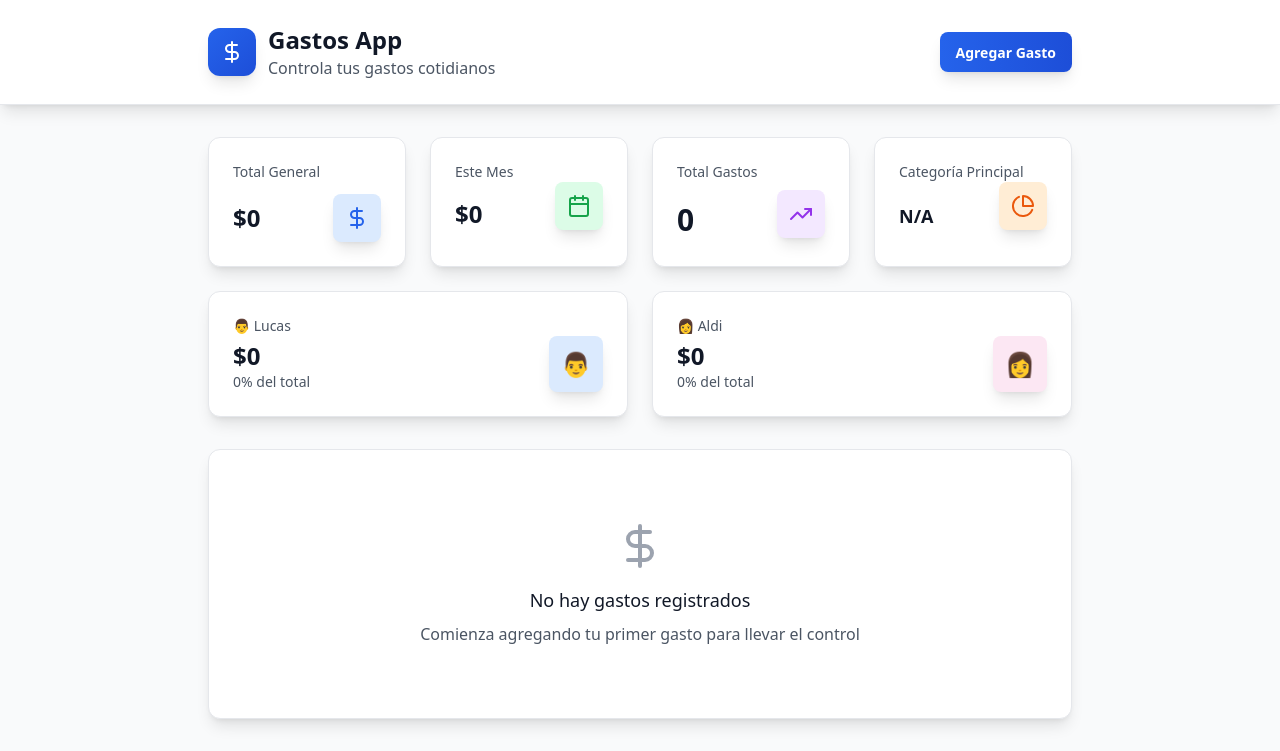
Repository: lucastenaglia/Gastosapp
Page: /
An editor plug-in stored every save of this project. The page is shown before and after a run of saves, followed by the edit.
The browser window is 1280 px wide. The pictures show the whole page.
The page's requests for data from a server got no answer. The project was rebuilt for these pictures with package versions that can differ from the ones it lists, and the page was loaded fresh each time. No one was signed in, and anything a server would have sent is missing. Also part of the build but not shown: vite.config.js, src/components/ExpenseForm.jsx.

Above is the page before, as saved 2025-08-03 21:53:43.

### index.html
<!DOCTYPE html>
<html lang="es">
  <head>
    <meta charset="UTF-8" />
    <link rel="icon" type="image/svg+xml" href="data:[embedded picture, 125 characters]" />
    <meta name="viewport" content="width=device-width, initial-scale=1.0" />
    <title>Gastos App - Control de Gastos Cotidianos</title>
  </head>
  <body>
    <div id="root"></div>
    <script type="module" src="/src/main.jsx"></script>
  </body>
</html>

### src/App.jsx
import { useState, useEffect } from 'react'
import Header from './components/Header'
import ExpenseForm from './components/ExpenseForm'
import ExpenseList from './components/ExpenseList'
import ExpenseSummary from './components/ExpenseSummary'
import { getExpenses, addExpense, updateExpense, deleteExpense } from './services/expenseService'

function App() {
  const [expenses, setExpenses] = useState([])
  const [isFormOpen, setIsFormOpen] = useState(false)
  const [loading, setLoading] = useState(true)
  const [error, setError] = useState(null)

  // Cargar gastos al iniciar la aplicación
  useEffect(() => {
    loadExpenses()
  }, [])

  // Cerrar modal con Escape
  useEffect(() => {
    const handleEscape = (e) => {
      if (e.key === 'Escape' && isFormOpen) {
        setIsFormOpen(false)
      }
    }

    document.addEventListener('keydown', handleEscape)
    return () => document.removeEventListener('keydown', handleEscape)
  }, [isFormOpen])

  const loadExpenses = async () => {
    try {
      setLoading(true)
      const data = await getExpenses()
      setExpenses(data)
      setError(null)
    } catch (err) {
      setError('Error al cargar los gastos')
      console.error(err)
    } finally {
      setLoading(false)
    }
  }

  const handleAddExpense = async (expense) => {
    try {
      const newExpense = await addExpense(expense)
      setExpenses([newExpense, ...expenses])
      setIsFormOpen(false)
    } catch (err) {
      setError('Error al agregar el gasto')
      console.error(err)
    }
  }

  const handleDeleteExpense = async (id) => {
    try {
      await deleteExpense(id)
      setExpenses(expenses.filter(expense => expense.id !== id))
    } catch (err) {
      setError('Error al eliminar el gasto')
      console.error(err)
    }
  }

  const handleEditExpense = async (id, updatedExpense) => {
    try {
      const updated = await updateExpense(id, updatedExpense)
      setExpenses(expenses.map(expense =>
        expense.id === id ? updated : expense
      ))
    } catch (err) {
      setError('Error al actualizar el gasto')
      console.error(err)
    }
  }

  return (
    <div className="min-h-screen bg-gray-50">
      <Header onAddExpense={() => setIsFormOpen(true)} />

      <main className="container mx-auto px-4 py-8 max-w-4xl">
        {error && (
          <div className="bg-red-100 border border-red-400 text-red-700 px-4 py-3 rounded mb-6">
            {error}
          </div>
        )}

        <ExpenseSummary expenses={expenses} />

        <div className="mt-8">
          <ExpenseList
            expenses={expenses}
            onDelete={handleDeleteExpense}
            onEdit={handleEditExpense}
            loading={loading}
          />
        </div>
      </main>

      {/* Modal Overlay */}
      {isFormOpen && (
        <div
          className="fixed inset-0 bg-black bg-opacity-50 flex items-center justify-center z-50 p-4 animate-in fade-in duration-200"
          onClick={() => setIsFormOpen(false)}
        >
          <div
            className="bg-white rounded-xl shadow-2xl max-w-md w-full mx-4 max-h-[90vh] overflow-y-auto animate-in zoom-in-95 duration-200"
            onClick={(e) => e.stopPropagation()}
          >
            <ExpenseForm
              onSubmit={handleAddExpense}
              onCancel={() => setIsFormOpen(false)}
            />
          </div>
        </div>
      )}
    </div>
  )
}

export default App

### src/index.css
@tailwind base;
@tailwind components;
@tailwind utilities;

@layer base {
  body {
    @apply bg-gray-50 text-gray-900;
  }
}

@layer components {
                .btn-primary {
                @apply bg-primary-600 hover:bg-primary-700 text-white font-medium py-2 px-4 rounded-lg transition-all duration-300 shadow-md hover:shadow-lg hover:-translate-y-0.5 transform;
              }

              .btn-secondary {
                @apply bg-gray-200 hover:bg-gray-300 text-gray-800 font-medium py-2 px-4 rounded-lg transition-all duration-300 shadow-md hover:shadow-lg hover:-translate-y-0.5 transform;
              }

                .input-field {
                @apply w-full px-3 py-2 border border-gray-300 rounded-lg focus:outline-none focus:ring-2 focus:ring-primary-500 focus:border-transparent shadow-sm focus:shadow-md transition-all duration-300;
              }

                            .card {
                @apply bg-white rounded-xl shadow-lg border border-gray-200 p-6 transform transition-all duration-300 hover:shadow-2xl hover:-translate-y-1;
              }

              .modal-enter {
                @apply opacity-0 scale-95;
              }

              .modal-enter-active {
                @apply opacity-100 scale-100 transition-all duration-200 ease-out;
              }

              .modal-exit {
                @apply opacity-100 scale-100;
              }

              .modal-exit-active {
                @apply opacity-0 scale-95 transition-all duration-200 ease-in;
              }
}

### src/components/Header.jsx
import { Plus, DollarSign } from 'lucide-react'

const Header = ({ onAddExpense }) => {
  return (
    <header className="bg-white shadow-lg border-b border-gray-200">
      <div className="container mx-auto px-4 py-6 max-w-4xl">
        <div className="flex items-center justify-between">
          <div className="flex items-center space-x-3">
            <div className="bg-gradient-to-br from-primary-600 to-primary-700 p-3 rounded-xl shadow-lg">
              <DollarSign className="h-6 w-6 text-white" />
            </div>
            <div>
              <h1 className="text-2xl font-bold text-gray-900">Gastos App</h1>
              <p className="text-gray-600">Controla tus gastos cotidianos</p>
            </div>
          </div>

          <button
            onClick={onAddExpense}
            className="bg-gradient-to-r from-primary-600 to-primary-700 active:from-primary-800 active:to-primary-900 text-white font-semibold py-2 px-4 rounded-lg shadow-lg hover:shadow-xl active:shadow-md active:translate-y-0.5 transition-all duration-200 border-0 focus:outline-none focus:ring-2 focus:ring-primary-300"
          >
            <span className="text-sm">Agregar Gasto</span>
          </button>
        </div>
      </div>
    </header>
  )
}

export default Header

### src/components/ExpenseSummary.jsx
import { TrendingUp, Calendar, DollarSign, PieChart } from 'lucide-react'

const ExpenseSummary = ({ expenses }) => {
  const totalExpenses = expenses.reduce((sum, expense) => sum + expense.amount, 0)

  const today = new Date()
  const thisMonth = today.getMonth()
  const thisYear = today.getFullYear()

  const monthlyExpenses = expenses.filter(expense => {
    const expenseDate = new Date(expense.date)
    return expenseDate.getMonth() === thisMonth && expenseDate.getFullYear() === thisYear
  })

  const monthlyTotal = monthlyExpenses.reduce((sum, expense) => sum + expense.amount, 0)

  const categoryTotals = expenses.reduce((acc, expense) => {
    acc[expense.category] = (acc[expense.category] || 0) + expense.amount
    return acc
  }, {})

  const topCategory = Object.entries(categoryTotals).sort(([,a], [,b]) => b - a)[0]

  // Estadísticas por persona
  const personTotals = expenses.reduce((acc, expense) => {
    const person = expense.person || 'lucas'
    acc[person] = (acc[person] || 0) + expense.amount
    return acc
  }, {})

  const lucasTotal = personTotals.lucas || 0
  const aldiTotal = personTotals.aldi || 0

  const formatCurrency = (amount) => {
    return `$${Math.round(amount).toLocaleString('en-US')}`
  }

  return (
    <div className="space-y-4 sm:space-y-6">
      {/* Primera fila - Estadísticas generales */}
      <div className="grid grid-cols-2 lg:grid-cols-4 gap-3 sm:gap-6">
                 {/* Total General */}
         <div className="card relative p-4 sm:p-6">
           <div className="space-y-3">
             <p className="text-xs sm:text-sm font-medium text-gray-600">Total General</p>
             <div className="flex items-center justify-between">
               <div className="flex-1">
                 <p className="text-lg sm:text-xl lg:text-2xl font-bold text-gray-900">
                   {formatCurrency(totalExpenses)}
                 </p>
               </div>
               <div className="bg-blue-100 p-2 sm:p-2.5 lg:p-3 rounded-lg shadow-lg ml-4">
                 <DollarSign className="h-4 w-4 sm:h-5 sm:w-5 lg:h-6 lg:w-6 text-blue-600" />
               </div>
             </div>
           </div>
         </div>

                 {/* Gastos del Mes */}
         <div className="card relative p-4 sm:p-6">
           <div>
             <p className="text-xs sm:text-sm font-medium text-gray-600">Este Mes</p>
             <div className="flex items-end justify-between">
               <p className="text-lg sm:text-2xl font-bold text-gray-900">
                 {formatCurrency(monthlyTotal)}
               </p>
               <div className="bg-green-100 p-2 sm:p-3 rounded-lg shadow-lg">
                 <Calendar className="h-4 w-4 sm:h-6 sm:w-6 text-green-600" />
               </div>
             </div>
           </div>
         </div>

                 {/* Total de Gastos */}
         <div className="card relative p-4 sm:p-6">
           <div>
             <p className="text-xs sm:text-sm font-medium text-gray-600">Total Gastos</p>
             <div className="flex items-end justify-between mt-2">
               <p className="text-2xl sm:text-3xl font-bold text-gray-900">
                 {expenses.length}
               </p>
               <div className="bg-purple-100 p-2 sm:p-3 rounded-lg shadow-lg self-end">
                 <TrendingUp className="h-4 w-4 sm:h-6 sm:w-6 text-purple-600" />
               </div>
             </div>
           </div>
         </div>

                 {/* Categoría Principal */}
         <div className="card relative p-4 sm:p-6">
           <div>
             <p className="text-xs sm:text-sm font-medium text-gray-600">Categoría Principal</p>
             <div className="flex items-end justify-between">
               <div>
                 <p className="text-base sm:text-lg font-semibold text-gray-900 capitalize">
                   {topCategory ? topCategory[0] : 'N/A'}
                 </p>
                 {topCategory && (
                   <p className="text-xs sm:text-sm text-gray-600">
                     {formatCurrency(topCategory[1])}
                   </p>
                 )}
               </div>
               <div className="bg-orange-100 p-2 sm:p-3 rounded-lg shadow-lg">
                 <PieChart className="h-4 w-4 sm:h-6 sm:w-6 text-orange-600" />
               </div>
             </div>
           </div>
         </div>
      </div>

             {/* Segunda fila - Estadísticas por persona */}
       <div className="grid grid-cols-1 sm:grid-cols-2 gap-3 sm:gap-6">
                 {/* Gastos de Lucas */}
         <div className="card relative p-4 sm:p-6">
           <div>
             <p className="text-xs sm:text-sm font-medium text-gray-600">👨 Lucas</p>
             <div className="flex items-end justify-between">
               <div>
                 <p className="text-lg sm:text-2xl font-bold text-gray-900">
                   {formatCurrency(lucasTotal)}
                 </p>
                 <p className="text-xs sm:text-sm text-gray-600">
                   {totalExpenses > 0 ? `${((lucasTotal / totalExpenses) * 100).toFixed(1)}%` : '0%'} del total
                 </p>
               </div>
               <div className="bg-blue-100 p-2 sm:p-3 rounded-lg shadow-lg">
                 <span className="text-lg sm:text-2xl">👨</span>
               </div>
             </div>
           </div>
         </div>

                 {/* Gastos de Aldi */}
         <div className="card relative p-4 sm:p-6">
           <div>
             <p className="text-xs sm:text-sm font-medium text-gray-600">👩 Aldi</p>
             <div className="flex items-end justify-between">
               <div>
                 <p className="text-lg sm:text-2xl font-bold text-gray-900">
                   {formatCurrency(aldiTotal)}
                 </p>
                 <p className="text-xs sm:text-sm text-gray-600">
                   {totalExpenses > 0 ? `${((aldiTotal / totalExpenses) * 100).toFixed(1)}%` : '0%'} del total
                 </p>
               </div>
               <div className="bg-pink-100 p-2 sm:p-3 rounded-lg shadow-lg">
                 <span className="text-lg sm:text-2xl">👩</span>
               </div>
             </div>
           </div>
         </div>
      </div>
    </div>
  )
}

export default ExpenseSummary

Loaded but not shown: src/main.jsx (common file); src/services/expenseService.js (78 lines, source omitted); src/lib/supabase.js (7 lines, source omitted); tailwind.config.js (20 lines, source omitted); src/components/ExpenseList.jsx (236 lines, source omitted)

After the next 2 saves:
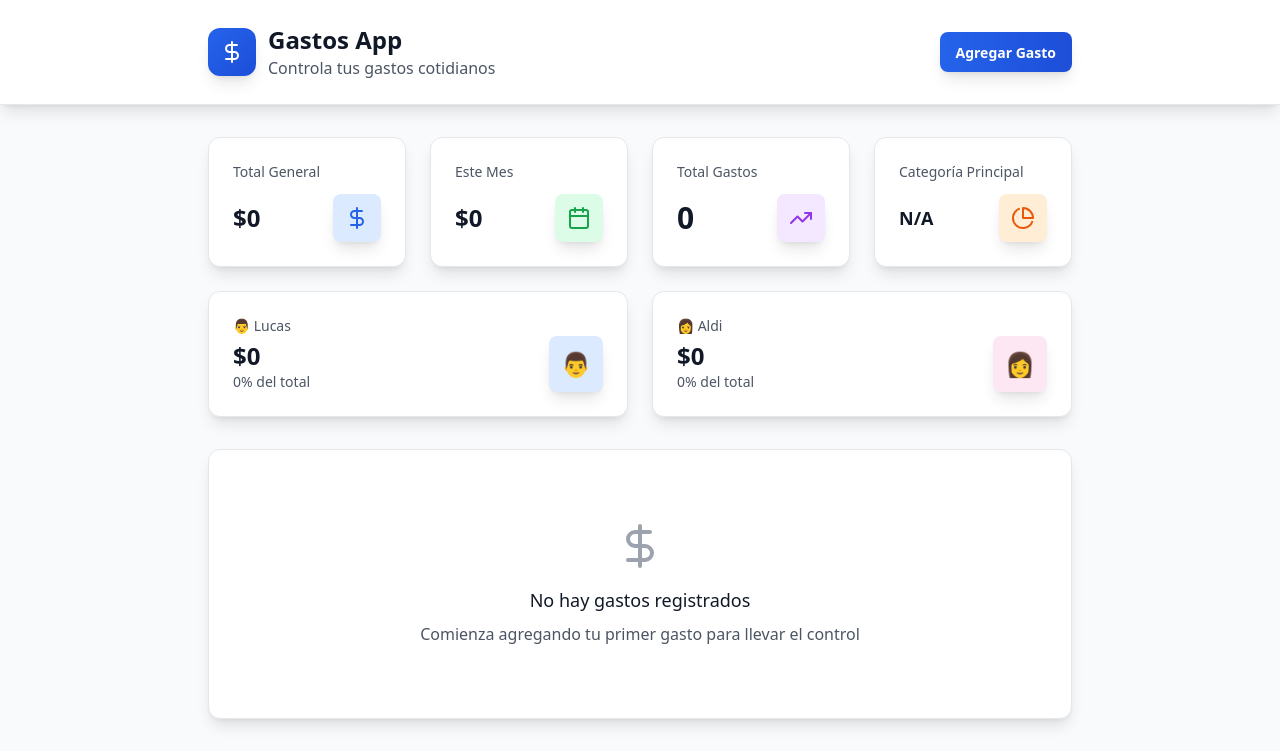
The 2 saves are shown as one change because they came seconds apart.
The last was saved 15 s later.
--- a/src/components/ExpenseSummary.jsx
+++ b/src/components/ExpenseSummary.jsx
@@ -58,14 +58,16 @@ const ExpenseSummary = ({ expenses }) => {
 
                  {/* Gastos del Mes */}
          <div className="card relative p-4 sm:p-6">
-           <div>
+           <div className="space-y-3">
              <p className="text-xs sm:text-sm font-medium text-gray-600">Este Mes</p>
-             <div className="flex items-end justify-between">
-               <p className="text-lg sm:text-2xl font-bold text-gray-900">
-                 {formatCurrency(monthlyTotal)}
-               </p>
-               <div className="bg-green-100 p-2 sm:p-3 rounded-lg shadow-lg">
-                 <Calendar className="h-4 w-4 sm:h-6 sm:w-6 text-green-600" />
+             <div className="flex items-center justify-between">
+               <div className="flex-1">
+                 <p className="text-lg sm:text-xl lg:text-2xl font-bold text-gray-900">
+                   {formatCurrency(monthlyTotal)}
+                 </p>
+               </div>
+               <div className="bg-green-100 p-2 sm:p-2.5 lg:p-3 rounded-lg shadow-lg ml-4">
+                 <Calendar className="h-4 w-4 sm:h-5 sm:w-5 lg:h-6 lg:w-6 text-green-600" />
                </div>
              </div>
            </div>
@@ -73,14 +75,16 @@ const ExpenseSummary = ({ expenses }) => {
 
                  {/* Total de Gastos */}
          <div className="card relative p-4 sm:p-6">
-           <div>
+           <div className="space-y-3">
              <p className="text-xs sm:text-sm font-medium text-gray-600">Total Gastos</p>
-             <div className="flex items-end justify-between mt-2">
-               <p className="text-2xl sm:text-3xl font-bold text-gray-900">
-                 {expenses.length}
-               </p>
-               <div className="bg-purple-100 p-2 sm:p-3 rounded-lg shadow-lg self-end">
-                 <TrendingUp className="h-4 w-4 sm:h-6 sm:w-6 text-purple-600" />
+             <div className="flex items-center justify-between">
+               <div className="flex-1">
+                 <p className="text-2xl sm:text-3xl font-bold text-gray-900">
+                   {expenses.length}
+                 </p>
+               </div>
+               <div className="bg-purple-100 p-2 sm:p-2.5 lg:p-3 rounded-lg shadow-lg ml-4">
+                 <TrendingUp className="h-4 w-4 sm:h-5 sm:w-5 lg:h-6 lg:w-6 text-purple-600" />
                </div>
              </div>
            </div>
@@ -88,10 +92,10 @@ const ExpenseSummary = ({ expenses }) => {
 
                  {/* Categoría Principal */}
          <div className="card relative p-4 sm:p-6">
-           <div>
+           <div className="space-y-3">
              <p className="text-xs sm:text-sm font-medium text-gray-600">Categoría Principal</p>
-             <div className="flex items-end justify-between">
-               <div>
+             <div className="flex items-center justify-between">
+               <div className="flex-1">
                  <p className="text-base sm:text-lg font-semibold text-gray-900 capitalize">
                    {topCategory ? topCategory[0] : 'N/A'}
                  </p>
@@ -101,8 +105,8 @@ const ExpenseSummary = ({ expenses }) => {
                    </p>
                  )}
                </div>
-               <div className="bg-orange-100 p-2 sm:p-3 rounded-lg shadow-lg">
-                 <PieChart className="h-4 w-4 sm:h-6 sm:w-6 text-orange-600" />
+               <div className="bg-orange-100 p-2 sm:p-2.5 lg:p-3 rounded-lg shadow-lg ml-4">
+                 <PieChart className="h-4 w-4 sm:h-5 sm:w-5 lg:h-6 lg:w-6 text-orange-600" />
                </div>
              </div>
            </div>
